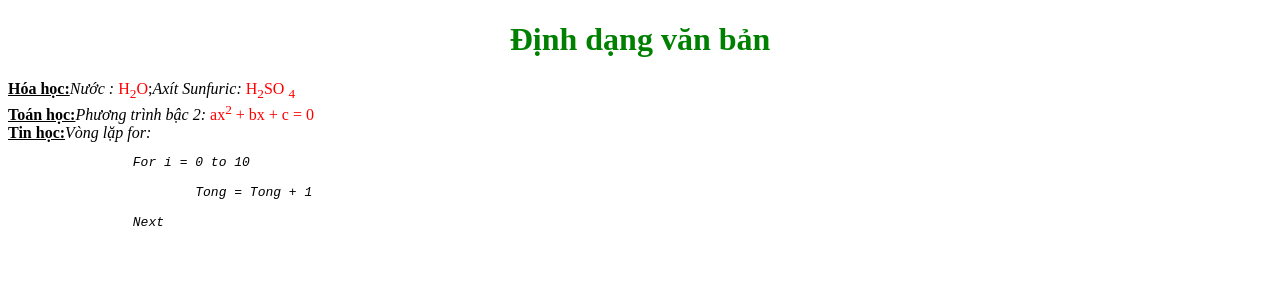
Repository: NgocTruong0701/Self_Learning
Page: html/practice/Baitapweb/Web3.2.3LeNgocTruong-2020601391.html
The author's editor kept a copy of each file at every save. The page is drawn from the files as they stood at one save, then again after the next save.
The browser window is 1280 px wide. The pictures show the whole page.

Above is the page before, as saved 2021-09-29 23:46:56.

After the next save:
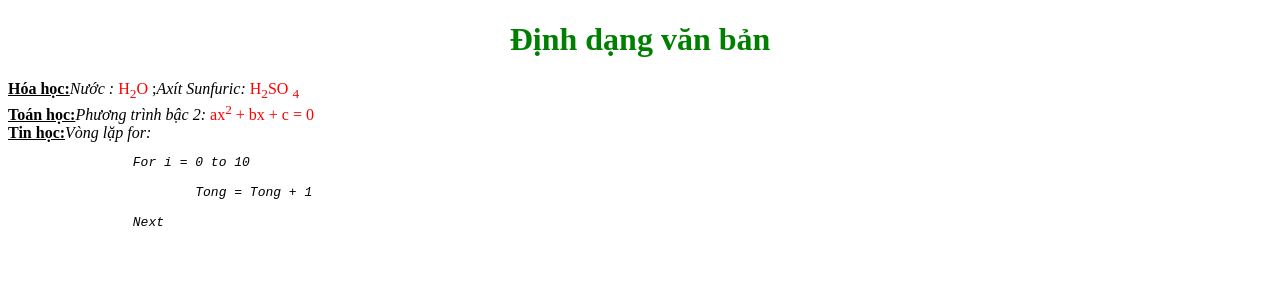
Saved 20 s later.
--- a/html/practice/Baitapweb/Web3.2.3LeNgocTruong-2020601391.html
+++ b/html/practice/Baitapweb/Web3.2.3LeNgocTruong-2020601391.html
@@ -27,7 +27,7 @@
 
         <div class="dong1">
             <span class="Tenmon">Hóa học:</span><span class="nghieng">Nước : </span>
-            <span class="colorred">H<sub>2</sub>O</span>;<span class="nghieng">Axít Sunfuric: </span> <span class="colorred">H<sub>2</sub>SO <sub>4</sub></span>
+            <span class="colorred">H<sub>2</sub>O </span>;<span class="nghieng">Axít Sunfuric: </span> <span class="colorred">H<sub>2</sub>SO <sub>4</sub></span>
         </div>
         <div class="dong2">
             <span class="Tenmon">Toán học:</span><span class="nghieng">Phương trình bậc 2:</span>
